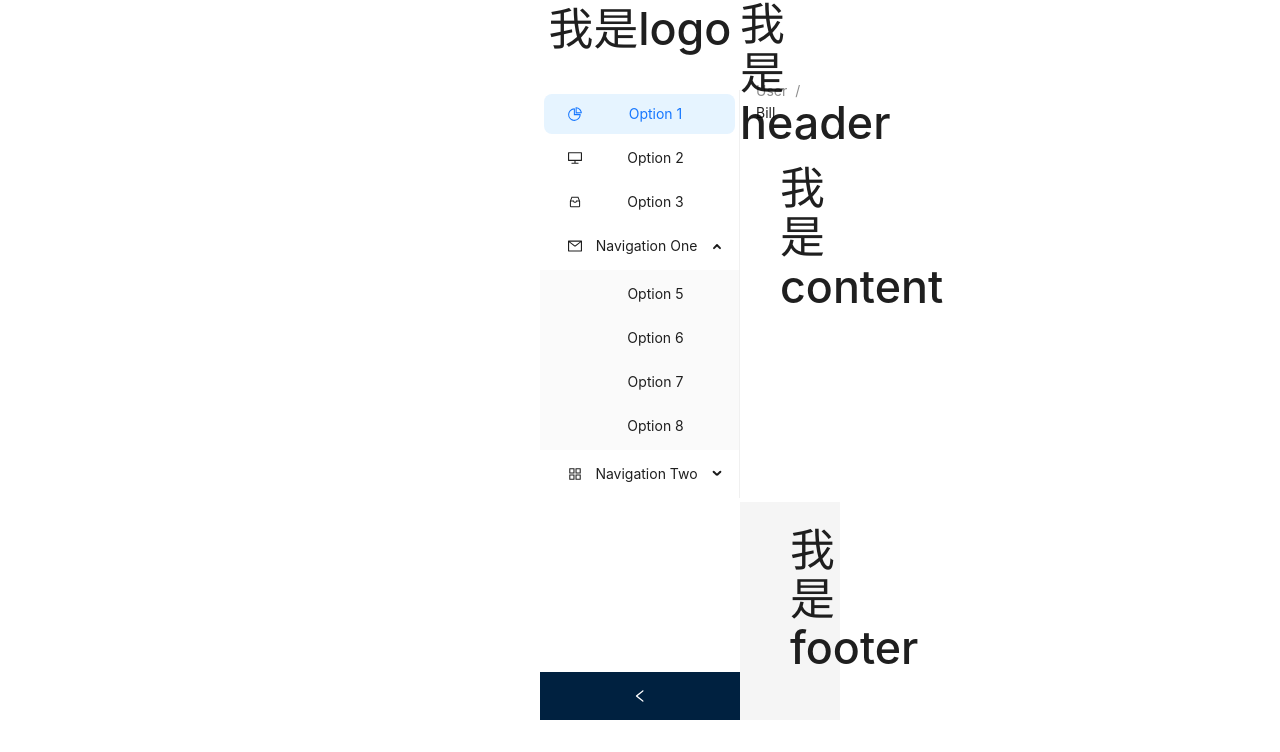
Repository: chenyl8848/chen-tool-collection
Page: /
An editor plug-in stored every save of this project. The page is shown before and after the next save, followed by the edit.
The browser window is 1280 px wide. The pictures show the whole page.
The project was rebuilt for these pictures with package versions that can differ from the ones it lists, and the page was loaded fresh each time. Also part of the build but not shown: vite.config.ts, src/components/HelloWorld.vue.

Above is the page before, as saved 2024-01-09 11:02:29.

After the next save:
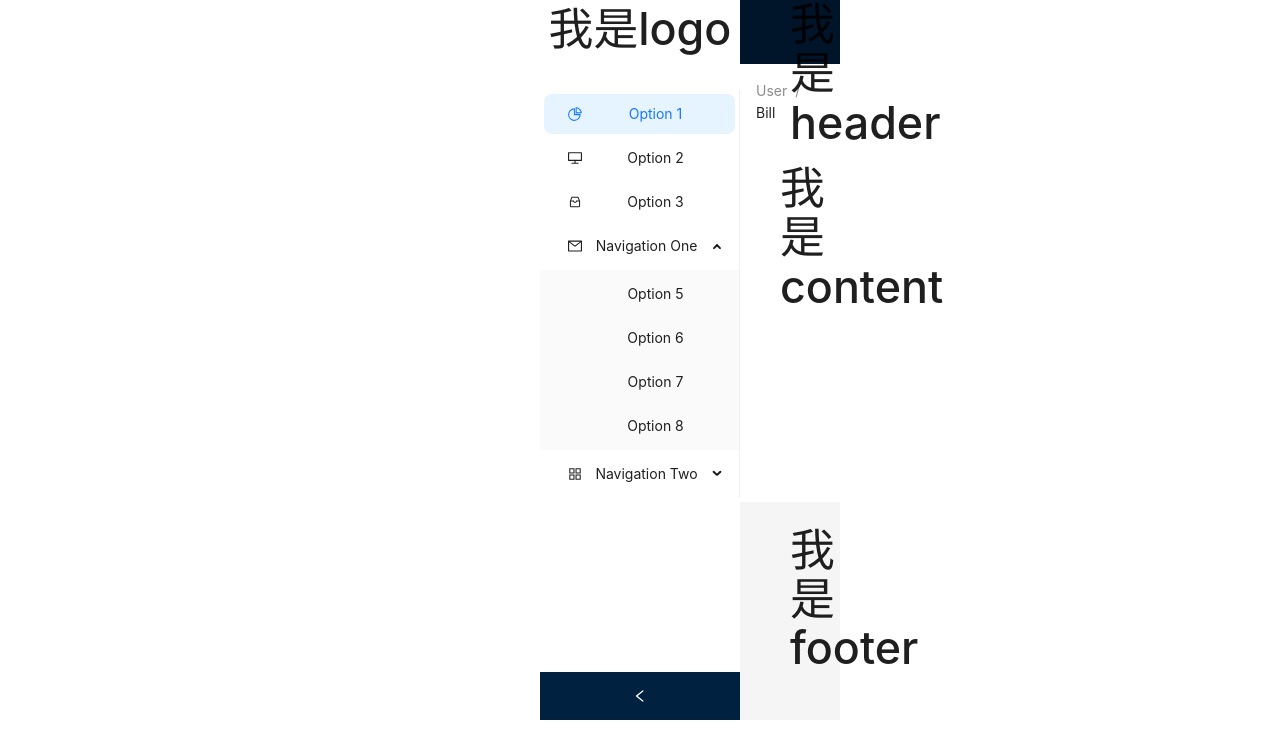
Saved 15 s later.
--- a/src/layout/index.vue
+++ b/src/layout/index.vue
@@ -17,7 +17,7 @@
             </div>
         </a-layout-sider>
         <a-layout>
-            <a-layout-header class="layout-header" style="background: #fff; padding: 0">
+            <a-layout-header class="layout-header">
                 <Header></Header>
             </a-layout-header>
             <a-layout-content style="margin: 0 16px">
@@ -49,4 +49,8 @@
     padding: 5px;
     height: 90px;
 }
+
+.layout-header {
+
+}
 </style>

After the save that followed:
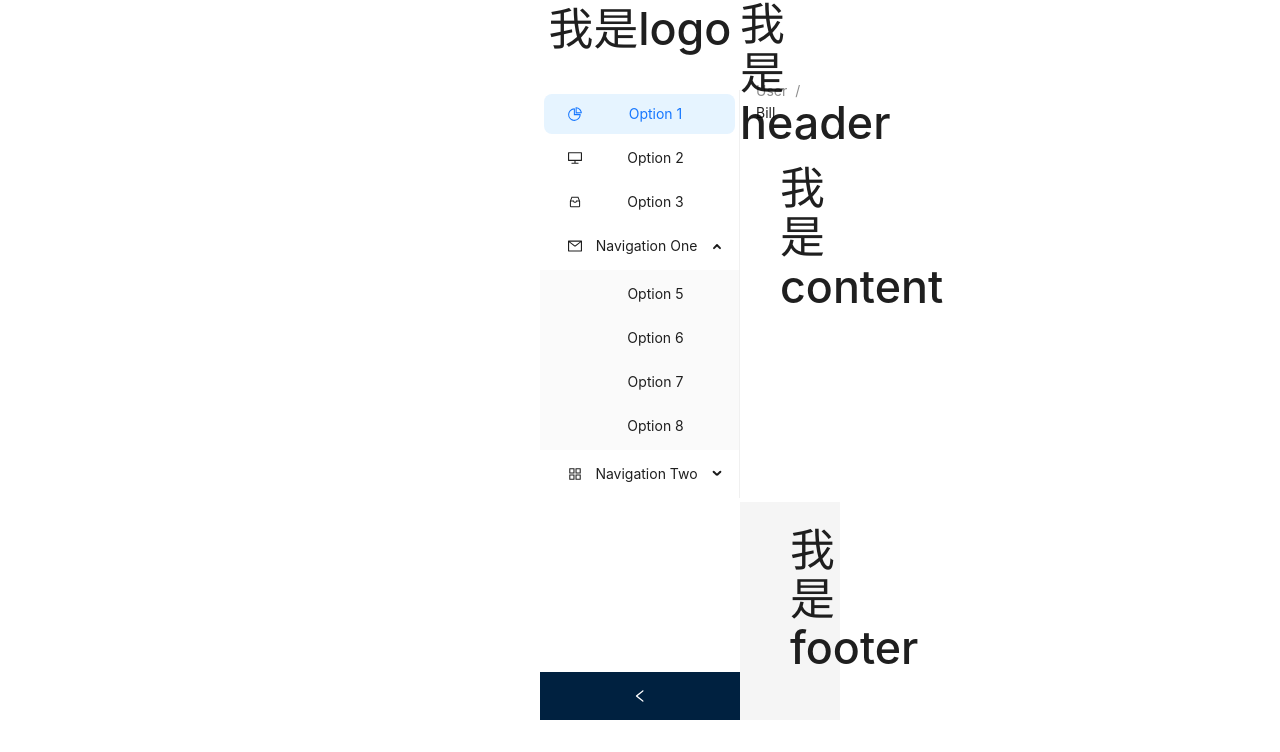
Saved 6 s later.
--- a/src/layout/index.vue
+++ b/src/layout/index.vue
@@ -41,16 +41,19 @@
     min-height: 100vh;
 
 }
+
 .layout-siderbar {
     background-color: white;
 
 }
+
 .logo {
     padding: 5px;
     height: 90px;
 }
 
 .layout-header {
-
+    background: #fff;
+    padding: 0
 }
 </style>
